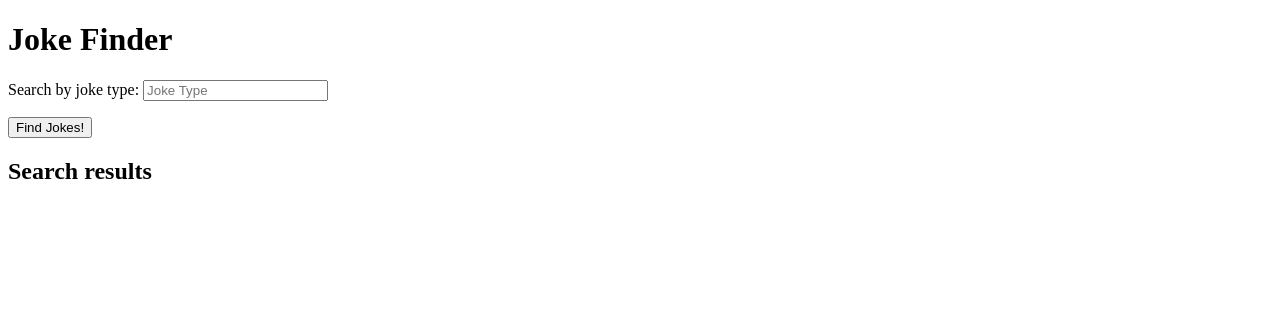
Repository: kaitlynMidori/dadJokeApi
Page: index.html
These files come from the project's save history. The page is drawn as it stood at one moment and after the next save; the edit follows.
The browser window is 1280 px wide. The pictures show the whole page.

Above is the page before, as saved 2021-01-05 14:37:59.
Console error: ReferenceError: $ is not defined

After the next save:
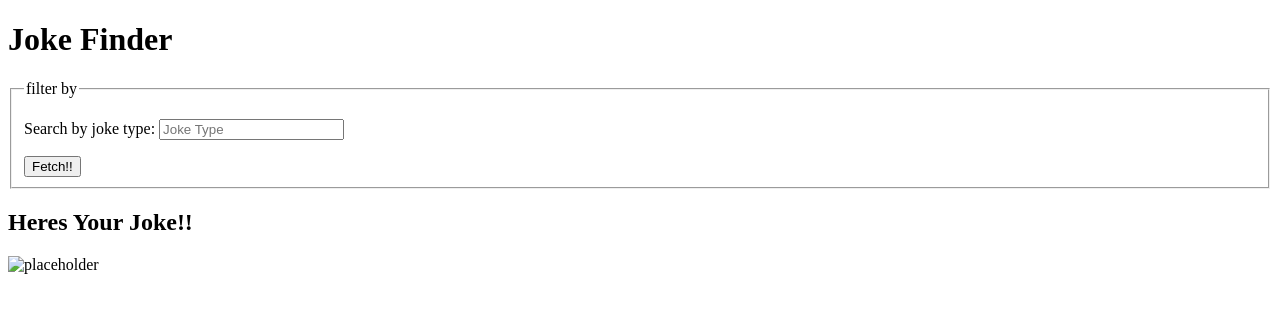
Saved 9 min 46 s later.
--- a/index.html
+++ b/index.html
@@ -9,85 +9,35 @@
 </head>
 
 <body>
+
     <div class="container">
         <h1>Joke Finder</h1>
+        <fieldset>
+            <legend>filter by</legend>
+            <form id="getJoke">
+                <p>
+                    <label for="JokeByType">Search by joke type:</label>
+                    <input type="text" name="JokeByType" id="JokeByType" placeholder="Joke Type" list="joke-list" required>
+                    <datalist id="joke-list">
+                        <option value="General">
+                        <option value="Knock-Knock">
+                        <option value="Programming">
+                    </datalist>
+                </p>
+                <button type="submit"> Fetch!!</button>
+            </form>
+        </fieldset>
+
+        <!-- add section element to hold image whish is hidden from user until they click -->
+        <section class="results hidden">
+            <h2>Heres Your Joke!!</h2>
+            <img class="results" alt="placeholder">
+        </section>
+        <section class="not-found">
+        </section>
     </div>
 
-    <form id="getJoke">
-        <p>
-            <label for="JokeByType">Search by joke type:</label>
-            <input type="text" name="JokeByType" id="JokeByType" placeholder="Joke Type" list="joke-list" required>
-            <datalist id="joke-list">
-                <option value="General">
-                <option value="Knock-Knock">
-                <option value="Programming">
-            </datalist>
-        </p>
-
-        <input type="submit" value="Find Jokes!" class="submit" />
-    </form>
-
-    <p id="error-message" class="error-message"></p>
-    <section id="results" class="hidden">
-        <h2>Search results</h2>
-        <ul id="results-list"></ul>
-    </section>
-
-    <script>
-
-        const apiKey = ""
-        function formatQueryParams(params) {
-   const queryItems = Object.keys(params)
-     .map(key => `${key}=${params[key]}`)
-   return queryItems.join('&');
- }
-
-function displayResults(responseJson, maxResults) {
-    // if there are previous results, remove them
-    console.log(responseJson);
-    $("#results-list").empty();
-    // iterate through the data array
-    for (let i = 0; i < responseJson.data.length; i++) {
-        $("#results-list")
-            .append(`<li><h3><a href=“${responseJson.data[i].url}“>${responseJson.data[i].fullName}</a></h3>
-        <p>${responseJson.data[i].description}</p>
-        <p>${responseJson.data[i].url}</p>
-        </li>`);
-    }
-    //display the results section
-    $("#results").removeClass("hidden");
-}
-function getParks(query, maxResults) {
-    const params = {
-        stateCode: query,
-        limit: maxResults,
-        api_key: apiKey,
-    };
-    const queryString = formatQueryParams(params);
-    const url = searchURL + "?" + queryString;
-    console.log(url);
-    fetch(url)
-        .then((response) => {
-            if (response.ok) {
-                return response.json();
-            }
-            throw new Error(response.statusText);
-        })
-        .then((responseJson) => displayResults(responseJson, maxResults))
-        .catch((err) => {
-            $("#error-message").text(`Something went wrong: ${err.message}`);
-        });
-}
-function watchForm() {
-    $("form").submit((event) => {
-        event.preventDefault();
-        let stateCode = $("#stateCode").val();
-	stateCode = stateCode.replace(/\s/g, '');
-        const maxResults = $("#max-results").val();
-        getParks(stateCode, maxResults);
-    });
-}
-$(watchForm);
+        <script src="script.js"></script>
     </script>
 </body>
 </html>
